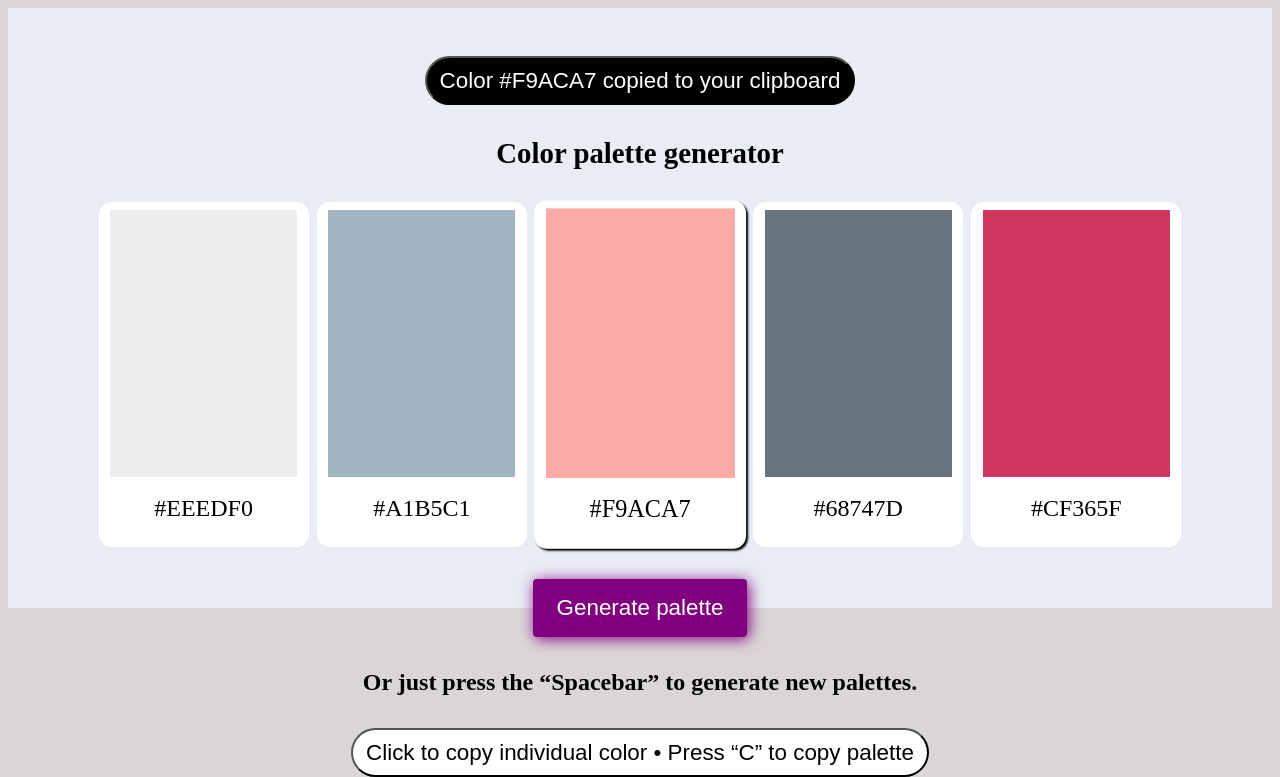
Repository: Hcmwebs/Color-Palette-Generator
Page: index.html
The author's editor kept a copy of each file at every save. The page is drawn from the files as they stood at one save, then again after the next save.
The browser window is 1280 px wide. The pictures show the whole page.

Above is the page before, as saved 2020-07-07 11:49:39.

### index.html
<!DOCTYPE html>
<html lang="en">
<head>
    <meta charset="UTF-8">
    <meta name="viewport" content="width=device-width, initial-scale=1.0">
    <link rel="stylesheet" href="styles.css">
    <title>Color Pallete Generator</title>
</head>
<body>
    <div class="container">

        <button class="btn">Color #F9ACA7 copied to your clipboard</button>
        <h2>Color palette generator</h2>
        <div class="card">
            <div class="card__item">
                <div class="card__color card__color--lightPurpleish"></div>
                <div class="card__tag">#EEEDF0</div>
            </div>

            <div class="card__item">
                <div class="card__color card__color--lightBlueGreenish"></div>
                <div class="card__tag">#A1B5C1</div>
            </div>

            <div class="card__item card__item--active">
                <div class="card__color card__color--lightReddish"></div>
                <div class="card__tag">#F9ACA7</div>
            </div>

            <div class="card__item">
                <div class="card__color card__color--lightBluish"></div>
                <div class="card__tag">#68747D</div>
            </div>

            <div class="card__item">
                <div class="card__color card__color--reddish"></div>
                <div class="card__tag">#CF365F</div>
            </div>

        </div>
        <button class="btn btn--generate">Generate palette</button>
        <h3>Or just press the “Spacebar” to generate new palettes.</h3>
        <button class="btn btn--white">Click to copy individual color • Press “C” to copy palette</button>
    </div>
</body>
</html>

### styles.css
*¨{
    box-sizing: border-box;
    margin: 0;
    padding: 0;
}

body{
    font-weight: 300;
    font-size: 10px;
    display: flex;
    flex-direction: column;
    justify-content: center;
    align-items: center;
    background-color:rgba(124, 107, 107, 0.274);
}
h2,
h3{
    font-weight: light;
    margin: 2rem ;
}
h2{
    font-size: 1.8rem;
}

h3{
    font-size: 1.5rem;
}
.container{
    width: 1400px;
    max-width: 100%;
    height: 70vh;
    margin: auto;
    padding: 3rem 0;
    display: flex;
    flex-direction: column;
    justify-content: space-between;
    align-items: center;
    background-color:#E8ECF3;
}

.btn{
    background-color:#000;
    color:#fff;
    font-size: 1.4rem;
    border-radius: 2.5rem;
    padding: 0.6rem 0.8rem;
    cursor: pointer;
    transition: all 1s ease-in-out;
}
.btn:hover{
    transform: scale(1.01);
}
.card{
    display: grid;
    grid-template-columns: repeat(5, 1fr);
    gap: 0.5rem;
    justify-content: center;

}
.card__item{
    width: 207px;
    height: 329px;
    padding: 0.5rem 0.1rem;
    border-radius:0.8rem;
    display: flex;
    flex-direction: column;
    justify-content: space-between;
    align-items: center;
    background-color:#fff;
}
.card__item--active{
    box-shadow: 2px 2px 2px ;
    transform: scale(1.01);
}

.card__color{
    content:"";
    width: 187px ;
    height: 251px;
    padding-bottom: 1rem ;

}
.card__color--lightPurpleish{
    background-color: #EEEDF0;

}

.card__color--lightBlueGreenish{
    background-color: #A1B5C1;

}

.card__color--lightReddish{
    background-color: #F9ACA7;

}

.card__color--lightBluish{
    background-color: #68747D;

}


.card__color--reddish{
    background-color: #CF365F;

}
.card__tag{
    font-size:1.5rem;
    font-weight: 400;
    margin: auto;
}

.btn--generate{
    background-color:purple;
    color:#fff;
    border-radius:4px;
    border: none;
    margin-top: 2rem;
    padding: 1rem 1.5rem;
    cursor: pointer;
    box-shadow: 2px 2px 15px purple;
}
.btn--white{
    background-color: #fff;
    color:#000;
}
@media(max-width: 900px){
    .container{
        width: 100%;
        margin: 0 auto;
    }
    .card{
        grid-template-columns: repeat(2, 1fr);
    }
}
@media(max-width:600px){
    .container{
        min-width: 300px;
    }
    .card{
        grid-template-columns: 1fr;
    }

}

After the next save:
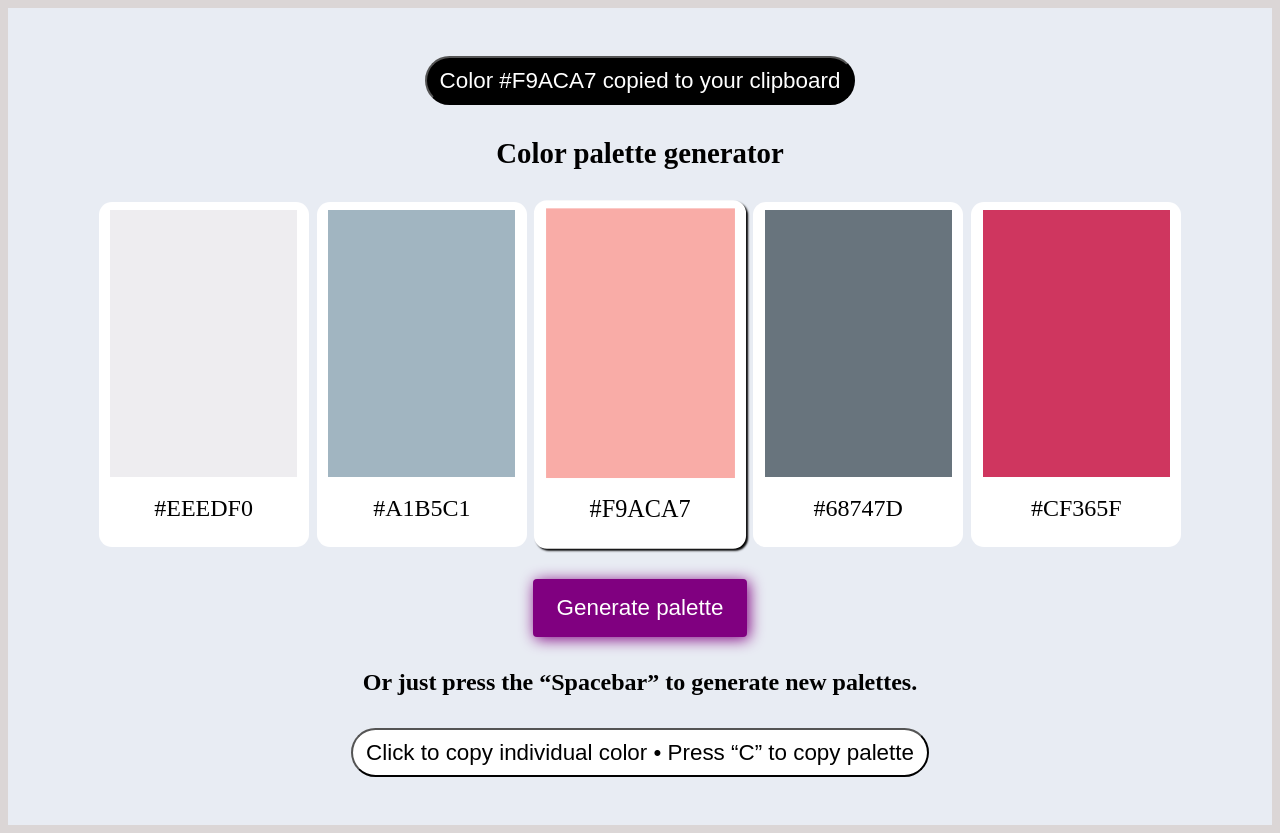
Saved 23 s later.
--- a/styles.css
+++ b/styles.css
@@ -28,7 +28,7 @@ h3{
 .container{
     width: 1400px;
     max-width: 100%;
-    height: 70vh;
+    height: 100%;
     margin: auto;
     padding: 3rem 0;
     display: flex;
